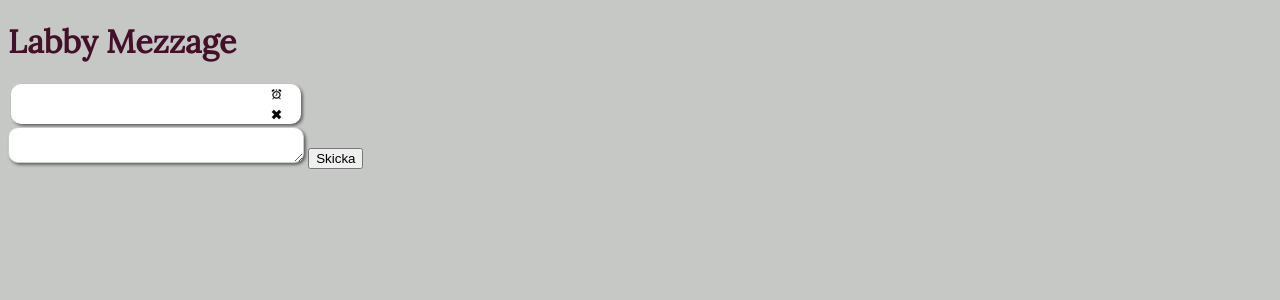
Repository: Angamanga/1dv403-laborationer
Page: 2-labbymezzage/index.html
The author's editor kept a record of every edit. The page is drawn from the files as they stood at one moment, then again after the next edit.
The browser window is 1280 px wide. The pictures show the whole page.

Above is the page before.

### 2-labbymezzage/index.html
<!doctype html>
<html lang="sv">

<head>
    <meta charset="utf-8" />
    <title>Anna I:s sajt</title>
    <link href='//fonts.googleapis.com/css?family=Lora|Open+Sans+Condensed:300|Amatic+SC' rel='stylesheet' type='text/css'>
    <link rel="stylesheet" media="screen and (min-width:501px)" href="css/style.css">
    <link rel="stylesheet" media="screen and (max-width:500px)" href="css/mobile.css">
    <meta name="viewport" content="width=device-width, minimum-scale=1">

   <script src="js/message.js"></script>
    <script src="js/script.js"></script>
    <title>Webbteknik 1, Laboration 2</title>
</head>

<body>



        <main>


            <div class="container">
                <header>
            <h1>Labby Mezzage</h1>
        </header>
             <div class ="messages">
                <img src="pics/14.png" alt="tid" class="showDate"></img>
                <img src="pics/12.png" alt="radera meddelande" class="delete"></img>
             </div>
             <div><p class="counter"> </p></div>
           <textarea class="messageInput"></textarea>
           <input type ="submit" class="submitMessage" value="Skicka"/>
            </div>

        </main>

        <footer>
        </footer>
    </div>
</body>

</html>

### 2-labbymezzage/css/style.css
/*@media screen and (min-width: 501px)*/
header,
main
 {
    display: block;
}

body {
    background: #C6C8C5;
    color: #430F29;
    font-family: Lora, 'Palatino Linotype', Palatino, serif;
}

.board {
    Width: 300px;
    margin: 0 auto;
    text-align: justify;
    line-height: 1.8em;
    margin: 0 auto;
    background: #787878;
    border: 1px solid #ccc;
    -moz-border-radius: 10px;
    -webkit-border-radius: 10px;
    border-radius: 10px;
    padding: 4px 7px;
    outline: 0;
    -webkit-appearance: none;
}
.messageInput {
    width:290px;
    border: 1px solid #ccc;
    -moz-border-radius: 10px;
    -webkit-border-radius: 10px;
    border-radius: 10px;
    -moz-box-shadow: 2px 2px 3px #666;
    -webkit-box-shadow: 2px 2px 3px #666;
    box-shadow: 2px 2px 3px #666;


    outline: 0;
    -webkit-appearance: none;
}
.messageInput:focus {
    border-color: #339933;
}
.messages{
    width:290px;
     border: 1px #C6C8C5;
     background:white;
    -moz-border-radius: 10px;
    -webkit-border-radius: 10px;
    border-radius: 10px;
    -moz-box-shadow: 2px 2px 3px #666;
    -webkit-box-shadow: 2px 2px 3px #666;
     margin:3px;
    outline: 0;
    -webkit-appearance: none;
       }
 div.messages img{
   margin-left:260px;
}


.counter{
    font-size:0.7em;
    padding:0;
    margin:0 0 0 185px;

}

### 2-labbymezzage/js/message.js
"use strict";

function Message(message, date){

	this.getText = function(){
		return message;
	}
	this.setText = function(_text){
		message = _text;
	}

	this.getDate = function(){
		return date;
	}
	this.setDate = function(_date){
		date = _date
	}
}

Message.prototype.toString = function() {
	return this.getText() + " (" + this.getDate() + " )";
};

Message.prototype.getHTMLtext = function(first_argument) {
			//  Las pa!!
	// return  						<div class ="messages">
	// getText();
	//               <img src="pics/14.png" alt="tid" class="showDate"></img>
 //               <img src="pics/12.png" alt="radera meddelande" class="delete"></img>
 //       		  </div>
};

### 2-labbymezzage/js/script.js
"use strict";

window.onload = function() {
  var MessageBoard = {
        messages: [],
        init: function() {
            var message = new Message();
            },
        removeMessage: function(i){
                    MessageBoard.messages.splice(i,1)
            },
        alertDate: function(i){
            var p =
            alert(p);
        },
        renderMessage: function(messageID){
            var container = document.querySelector(".container");
            var messContainer = document.createElement("div");
            messContainer.className = "messages";
            container.insertBefore(messContainer);
            var textP = document.createElement("p");
            textP.setAttribute("class","text");
            var timeP = document.createElement("p");
            timeP.setAttribute("class","time");
            var text = document.createTextNode(MessageBoard.messages[messageID].getText());
            var time = document.createTextNode(MessageBoard.messages[messageID].getDate().getHours() +":"+ MessageBoard.messages[messageID].getDate().getMinutes() + ":"+MessageBoard.messages[messageID].getDate().getSeconds());
            var linkDelete=document.createElement("a");
            linkDelete.setAttribute("src", "#");
            var img2 = document.createElement("img");
            img2.setAttribute("class","submitDelete");
            img2.setAttribute("src","pics/12.png");
            img2.setAttribute("alt","radera meddelande");
            linkDelete.appendChild(img2);
             messContainer.appendChild(linkDelete);
            img2.onclick = function(messageID){
                console.log(MessageBoard.messages.length);
                MessageBoard.removeMessage(messageID);
                MessageBoard.renderMessages();
                console.log(MessageBoard.messages.length);
                p.innerHTML = "Antal meddelanden: " + MessageBoard.messages.length;
            }
            messContainer.appendChild(img2);
            messContainer.appendChild(textP);
            textP.appendChild(text);
            messContainer.appendChild(timeP);
            timeP.appendChild(time);

             var img1 = document.createElement("img");
            img1.setAttribute("class","showDate");
            img1.setAttribute("src","pics/14.png");
            img1.setAttribute("alt","visa tid");
            messContainer.appendChild(img1);
            var alertbox=MessageBoard.messages[messageID].getDate();
            img1.onclick = function(messageID){
            alert("Inlagget skapades den: " + alertbox);
        }}
            ,
            renderMessages: function(){
            document.querySelector(".container").innerHTML="";
            for(var i=0;i<MessageBoard.messages.length;++i){
                MessageBoard.renderMessage(i);
            }
  }};

  MessageBoard.init();


var messageInput = document.querySelector(".messageInput");
var submitMessage = document.querySelector(".submitMessage");
var messages = document.querySelector(".messages");
var p = document.querySelector(".counter");

function submit(){
        var txt = messageInput.value;
        var dte = new Date();
        var msg = new Message(txt, dte);
        MessageBoard.messages.push(msg);
        p.innerHTML = "Antal meddelanden: " + MessageBoard.messages.length;
        MessageBoard.renderMessages();
        console.log(MessageBoard.messages);}

 submitMessage.addEventListener("click", function(e) {
       submit();
});

 messageInput.onkeypress = function(e){

       if(e.keyCode === 13){
           submit();

       }
       else if(e.keyCode==13&&e.shiftKey){
           console.log("japp");
       }
}
};

### 2-labbymezzage/css/mobile.css
/*@media screen and (max-width: 500px)*/

header,
main
 {
    display: block;
}

body {
    background: #C6C8C5;
    color: #430F29;
    font-family: Lora, 'Palatino Linotype', Palatino, serif;
}

.container {
    Width: 300px;
    margin: 0 auto;
    text-align: justify;
    line-height: 1.8em;
    margin: 0 auto;
    background: #787878;
    border: 1px solid #ccc;
    -moz-border-radius: 10px;
    -webkit-border-radius: 10px;
    border-radius: 10px;
    padding: 4px 7px;
    outline: 0;
    -webkit-appearance: none;
}
.messageInput {
    width:290px;
    border: 1px solid #ccc;
    -moz-border-radius: 10px;
    -webkit-border-radius: 10px;
    border-radius: 10px;
    -moz-box-shadow: 2px 2px 3px #666;
    -webkit-box-shadow: 2px 2px 3px #666;
    box-shadow: 2px 2px 3px #666;


    outline: 0;
    -webkit-appearance: none;
}
.messageInput:focus {
    border-color: #339933;
}
.messages{
    width:290px;
     border: 1px #C6C8C5;
     background:white;
    -moz-border-radius: 10px;
    -webkit-border-radius: 10px;
    border-radius: 10px;
    -moz-box-shadow: 2px 2px 3px #666;
    -webkit-box-shadow: 2px 2px 3px #666;
     margin:3px;
    outline: 0;
    -webkit-appearance: none;
    }
 div.messages img{
   margin-left:260px;
}


.counter{
    font-size:0.7em;
    padding:0;
    margin:0 0 0 185px;

}

After the next edit:
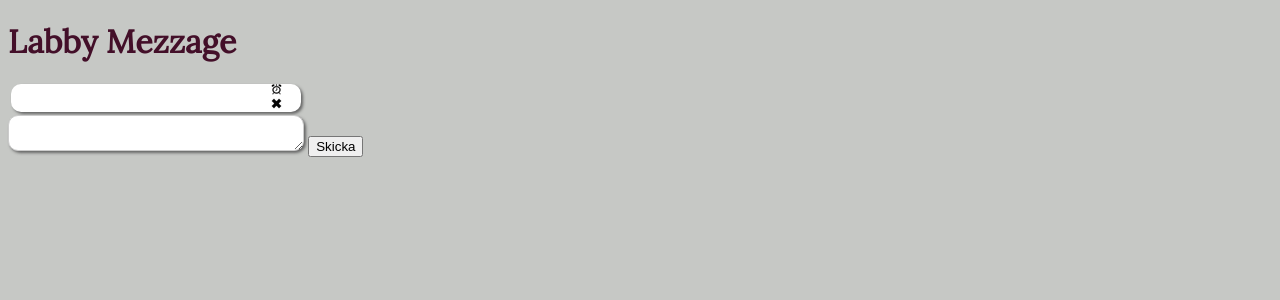
The edit:
--- a/2-labbymezzage/css/style.css
+++ b/2-labbymezzage/css/style.css
@@ -55,6 +55,7 @@
      margin:3px;
     outline: 0;
     -webkit-appearance: none;
+    font-size:0.6em;
        }
  div.messages img{
    margin-left:260px;
